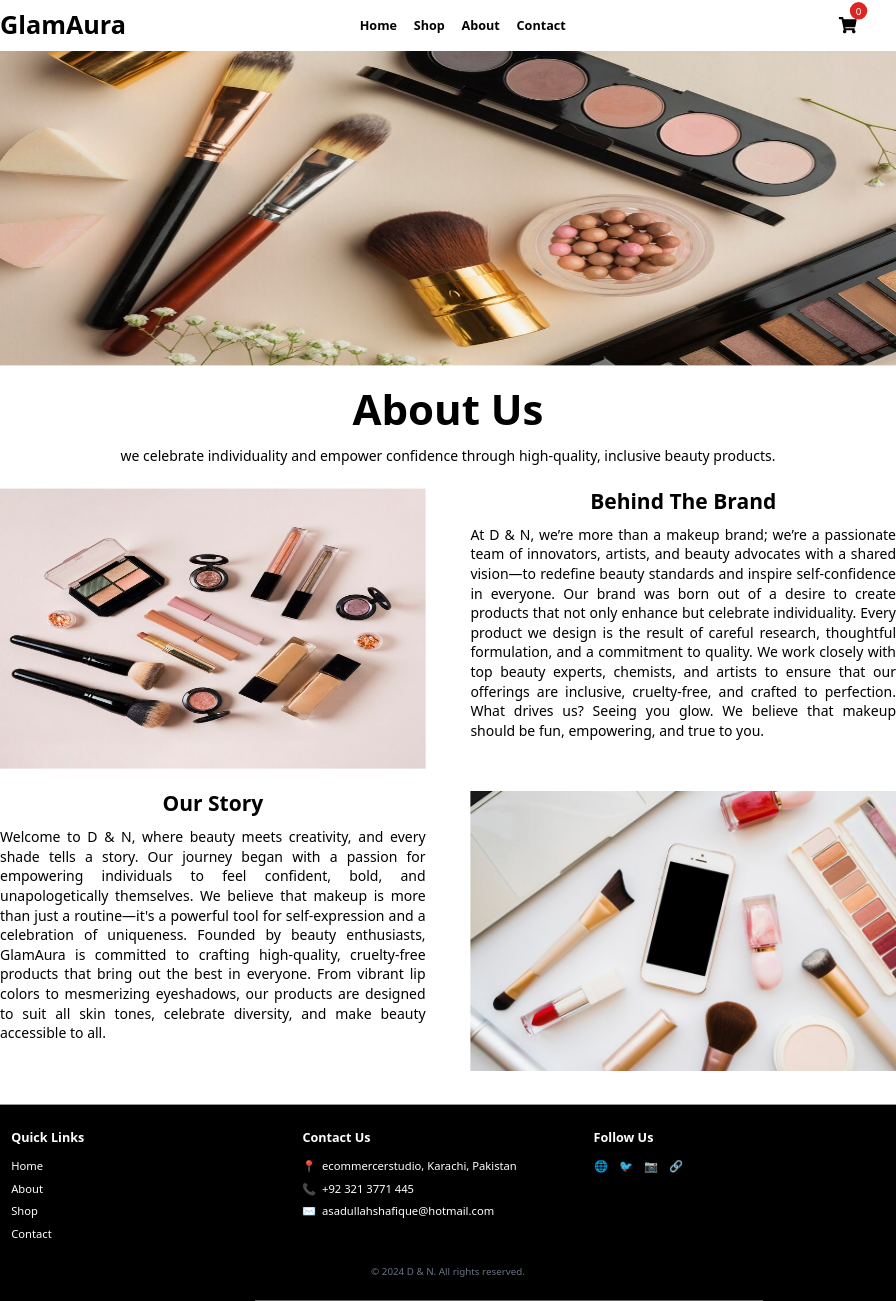
Repository: asadullah48/ecommerce-parlour-next14
Page: /about
The author's editor kept a copy of each file at every save. The page is drawn from the files as they stood at one save, then again after a run of saves.
The browser window is 1280 px wide. The pictures show the whole page, at 70% of full size.
The project was rebuilt for these pictures with package versions that can differ from the ones it lists, and the page was loaded fresh each time. The framework's server and built-in components were replaced by stand-ins that run in the browser. Also part of the build but not shown: next.config.mjs, src/app/components/CartProduct.tsx, src/app/components/Cart.tsx.

Above is the page before, as saved 2024-10-28 11:38:14.

After the next 2 saves:
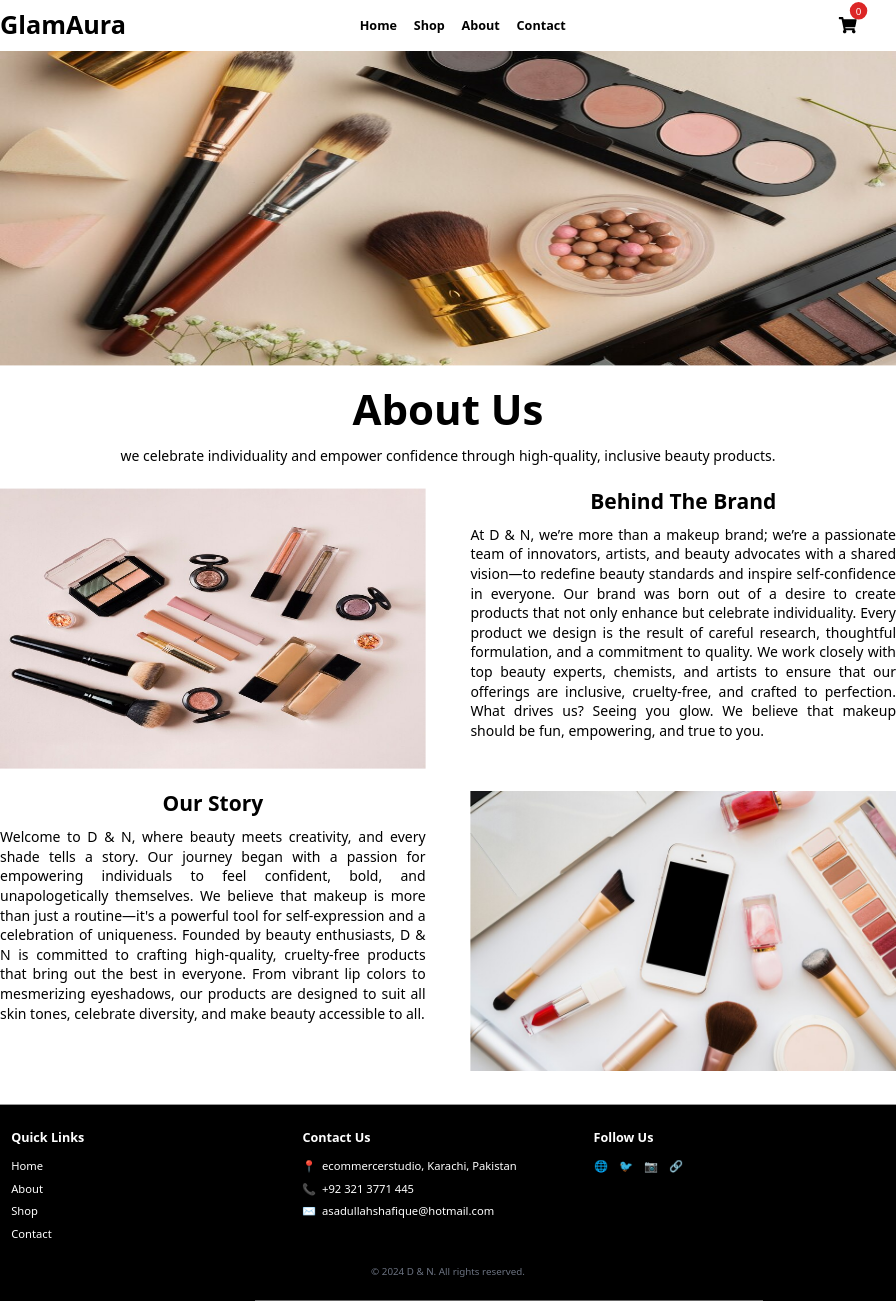
The 2 saves are shown as one change because they came seconds apart.
The last was saved 43 s later.
--- a/src/app/about/page.tsx
+++ b/src/app/about/page.tsx
@@ -48,7 +48,7 @@ What drives us? Seeing you glow. We believe that makeup should be fun, empowerin
             <p className='text-xl text-justify'>
             Welcome to D & N, where beauty meets creativity, and every shade tells a story. Our journey began with a passion for empowering individuals to feel confident, bold, and unapologetically themselves. We believe that makeup is more than just a routine—it's a powerful tool for self-expression and a celebration of uniqueness.
 
-Founded by beauty enthusiasts, GlamAura is committed to crafting high-quality, cruelty-free products that bring out the best in everyone. From vibrant lip colors to mesmerizing eyeshadows, our products are designed to suit all skin tones, celebrate diversity, and make beauty accessible to all.
+Founded by beauty enthusiasts, D & N is committed to crafting high-quality, cruelty-free products that bring out the best in everyone. From vibrant lip colors to mesmerizing eyeshadows, our products are designed to suit all skin tones, celebrate diversity, and make beauty accessible to all.
             </p>
           </div>
           <div>
